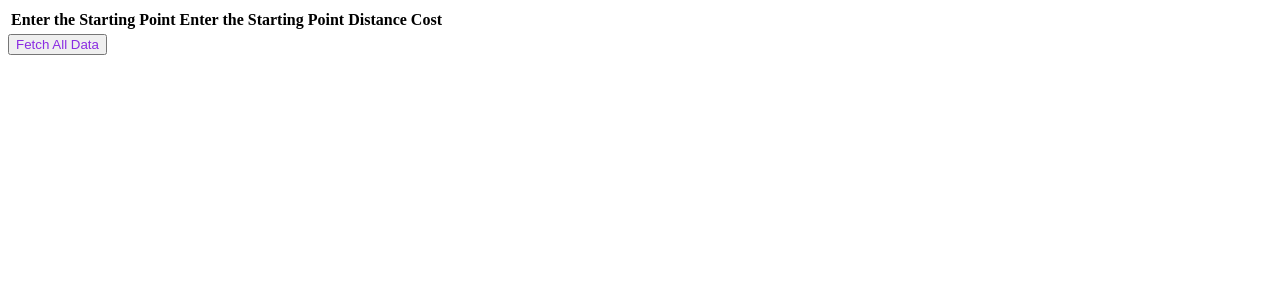
Repository: Gundeep-repos/407ETR_Assignment
Page: http://localhost/407ETR_Gundeep_Singh_assignment/
An editor plug-in stored every save of this project. The page is shown before and after the next save, followed by the edit.
The browser window is 1280 px wide. The pictures show the whole page.
The page is served by Tomcat 9.

Above is the page before, as saved 2021-07-03 23:47:57.

After the next save:
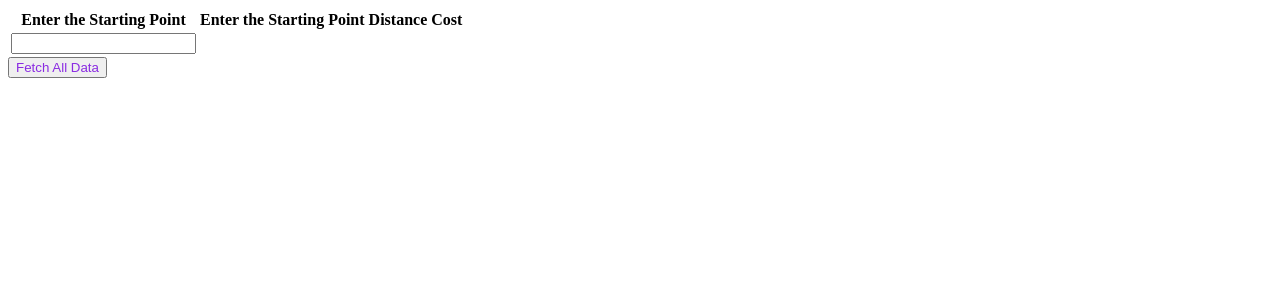
Saved 37 s later.
--- a/407ETR_Gundeep_Singh_assignment/WebContent/index.jsp
+++ b/407ETR_Gundeep_Singh_assignment/WebContent/index.jsp
@@ -80,7 +80,9 @@ function go2(){
 <th>Distance</th>
 <th>Cost</th>
 </tr>
-<tr></tr>
+<tr>
+<td><input type="text"></td>
+</tr>
 </table>
 </div>
 <button style="color: blueviolet" onclick="go2()">Fetch All Data</button>
